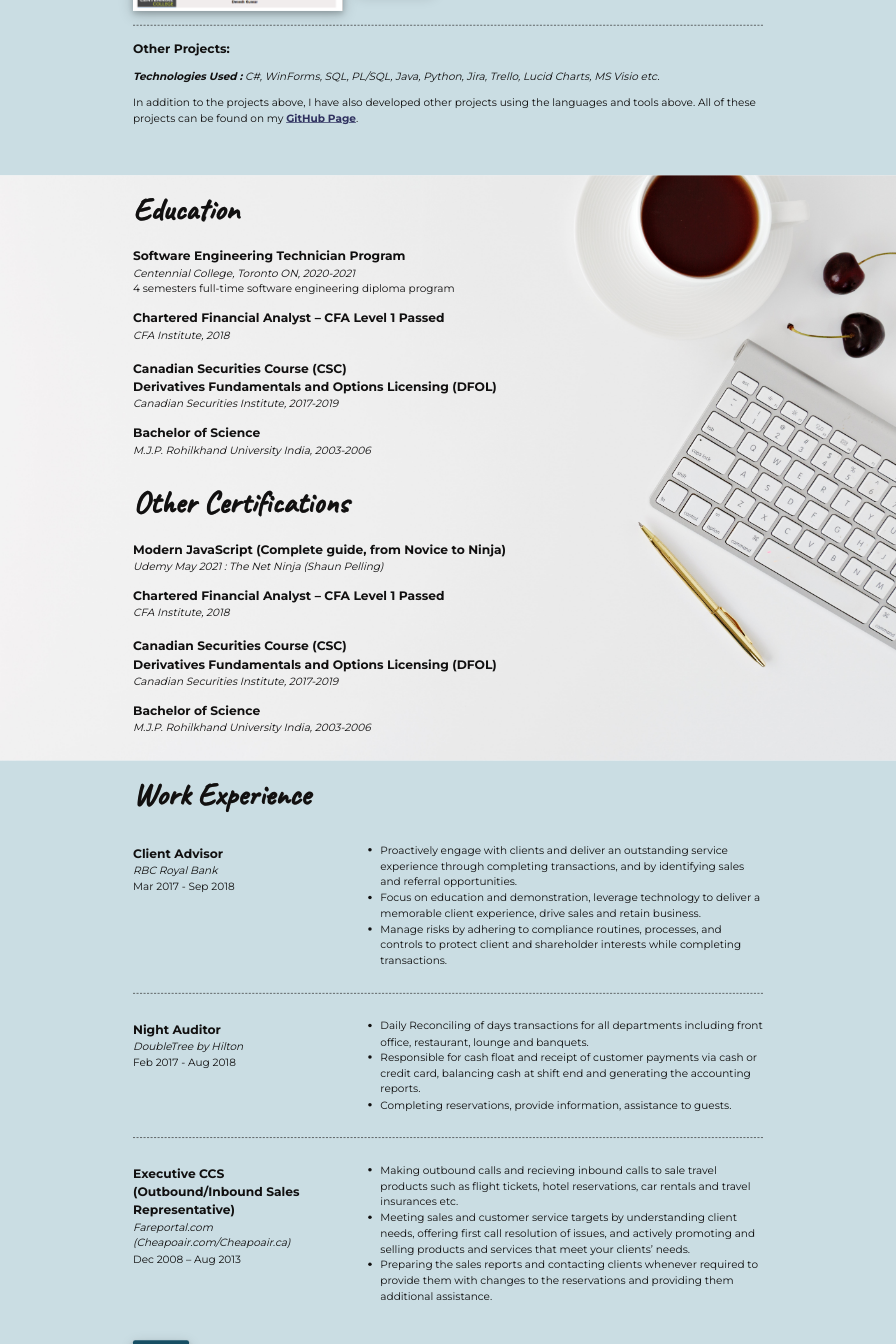
Repository: My-Web-Page/MyWebPage
Page: index.html
These files come from the project's save history. The page is drawn as it stood at one moment and after the next save; the edit follows.
The browser window is 1280 px wide. The pictures show the part of the page from y = 3082 to 5002 px (the page is 5192 px tall before and 5391 px after), at 70% of full size.
Some web libraries are served in a nearby version.

Above is the page before, as saved 2021-09-06 23:46:52.

### index.html
<!DOCTYPE html>
<html lang="en">

<head>
    <meta charset="UTF-8">
    <meta name="viewport" content="width=device-width, initial-scale=1.0">
    <link href="./assets/images/favicon.ico" rel="icon" type="image/x-icon" />

    <title> Devesh Kumar : Full-Stack Developer</title>
    <link rel="preconnect" href="https://fonts.gstatic.com">
    <link href="https://fonts.googleapis.com/css2?family=Caveat&family=Montserrat:wght@400;700&display=swap" rel="stylesheet">
    <link rel="stylesheet" href="https://pro.fontawesome.com/releases/v5.10.0/css/all.css" integrity="sha384-AYmEC3Yw5cVb3ZcuHtOA93w35dYTsvhLPVnYs9eStHfGJvOvKxVfELGroGkvsg+p" crossorigin="anonymous" />

    <link rel="stylesheet" href="style.css">
</head>

<body>
    <main>
        <!-- ***********************  ABOUT / PROFILE  *********************** -->
        <header>
            <div class="container">
                <h1>Devesh Kumar</h1>
                <h2>Software Developer</h2>
            </div>
        </header>

        <nav id="navbar">
            <ul class="nav-ul">
                <li>
                    <a href="#about-me"><i class="fas fa-info-circle"></i>About Me</a>
                </li>
                <li>
                    <a href="#projects"><i class="fab fa-elementor"></i>Projects</a>
                </li>
                <li>
                    <a href="#education"><i class="fas fa-graduation-cap"></i>Education</a>
                </li>
                <li>
                    <a href="#work-experience"><i class="fas fa-briefcase"></i>Work Experience</a>
                </li>
                <li>
                    <a href="#contact"><i class="fas fa-mobile-alt"></i>Contact Me</a>
                </li>
            </ul>
        </nav>

        <!-- *********************About Me***********************  -->
        <section id="about-me">
            <div class="container">
                <h2>About Me</h2>
                <p>Hello & Welcome! I have recently completed Software Engineering Technician program at Centennial College. This program allowed me to learn and work with various programming languages and tools. Given below are the details: </p>
                <div class="grid-container">
                    <div class="grid-item">
                        <h3>Languages & tools I primarily work with:</h3>
                        <h4> HTML, CSS (Flexbox, Grid), Bootstrap, JavaScript, React.js (Hooks & Class based components), Redux, Node.js (Express.js), JSON, REST API, NPM, C#, MongoDB, Oracle SQL, Git, Postman, VS Code, Visual Studio
                            </p>
                    </div>

                    <div class="grid-item">
                        <h3>Languages & tools I am familiar with:</h3>
                        <h4>Linux, TypeScript, Python, Java, SemanticUI, Selenium, MS Azure, Jira, Trello, IntelliJ, UML, Data Structures, SDLC, OOP, Agile, Heroku, Netlify
                            </p>
                    </div>
                </div>
                <p>I have also developed grasp over software engineering concepts such as Agile, SDLC models, Agile Project Management Concepts and Object Oriented Programming. I have also developed multiple projects using React.js, Redux, JavaScript, Node.js,
                    HTML, CSS, C#, SQL, MongoDB, Git and other tools. Additionally, I have also completed some investment management courses and certifications in the past.
                </p>

                <p><strong>Repository for this wabpage: </strong><a id="my-page-repo" target="_blank" href="https://github.com/portretrieve/MyWebPage">My Web Page</a></p>

            </div>
        </section>

        <!-- *********************Pop-Ups***********************  -->
        <section class="popup-wrapper" id="popup">
            <div class="container">
                <img id="popup-img" alt="finalproject popup">
            </div>
        </section>
        <!-- ********************  PROJECTS / PORTFOLIO  ********************* -->
        <section id="projects" class="projects">
            <div class="container divider">
                <h2>My Projects</h2>


                <!-- Project a -->
                <section class="project-item clearfix">
                    <img class="project-image" src="./assets/images/Places.png" alt="Full-Stack Places App">
                    <h3>Full-Stack Places App</h3>
                    <p> <strong>Technologies Used :</strong> MERN Stack (React, Node, Express & MongoDB)
                    </p>
                    <p>Used MERN Stack to develop this webapp. React.js for frontend, Express.Js for backend & MongoDB as Database & JWT tockens for authentication.
                    </p>
                    <a class="btn" href="https://devesh-mern-app.herokuapp.com/" target="_blank">Website Link</a>
                    <a class="btn" href="https://github.com/portretrieve/Full-stack-mern-forntend-backend-combined" target="_blank">GitHub Link</a>
                </section>
                <!-- Project b -->
                <section class="project-item clearfix">
                    <img class="project-image" src="./assets/images/deveshtube.png" alt="DeveshTube App">
                    <h3>DeveshTube App</h3>
                    <p> <strong>Technologies Used :</strong> React.js (Using Hooks)</p>
                    <p>Developed this webapp using React.js (Hooks).</p>
                    <a class="btn" href="https://blissful-pasteur-e62546.netlify.app/" target="_blank">Website Link</a>
                    <a class="btn" href="https://github.com/portretrieve/reactApp-DeveshTube-using-hooks" target="_blank">GitHub Link</a>
                </section>

                <!-- Project c -->
                <section class="project-item clearfix">
                    <img class="project-image" src="./assets/images/pics.png" alt="Pics Search App">
                    <h3>Pics Search App</h3>
                    <p> <strong>Technologies Used :</strong>React.js.</p>
                    <p>Developed this webapp using React.js
                    </p>
                    <a class="btn" href="https://eager-bassi-827826.netlify.app/" target="_blank">Website Link</a>
                    <a class="btn" href="https://github.com/portretrieve/reactApp-pics" target="_blank">GitHub Link</a>
                </section>

                <!-- Project 1 -->
                <section class="project-item clearfix">
                    <img class="project-image" src="./assets/images/assignment_2.png" alt="Portfolio Assignment Using Node.js, Bootstrap, EJS and MongoDB">
                    <h3>Personal Portfolio Website</h3>
                    <p> <strong>Technologies Used :</strong> EJS, CSS, Node.js and MongoDB.</p>
                    <p>Developed this website using above mentioned technologies. I used ExpressJs middleware, and passport.js for authentication.</p>
                    <a class="btn" href="https://comp229-asnmt2.herokuapp.com/home" target="_blank">Website Link</a>
                    <a class="btn" href="https://github.com/portretrieve/Assignment_2" target="_blank">GitHub Link</a>
                </section>

                <!-- Project 2 -->
                <section class="project-item clearfix">
                    <img class="project-image" src="./assets/images/final_project.png" alt="Final Project Using Node.js, Bootstrap, EJS and MongoDB">
                    <h3>Angel's Investment Website</h3>
                    <p> <strong>Technologies Used :</strong> EJS, CSS, Node.js and MongoDB.</p>
                    <p>Created this website as a group project using Node.js(Express.js), and Passport.js to authenticate.
                    </p>
                    <a class="btn" href="https://angelinvestfinal.herokuapp.com/" target="_blank">Website Link</a>
                    <a class="btn" href="https://github.com/Angel-Investor/AngelInvestor-Web-App" target="_blank">GitHub
                        Link</a>
                </section>

                <!-- Project 3 -->
                <section class="project-item clearfix">
                    <img class="project-image" src="./assets/images/slot-machine.png" alt="Casino slot machine game using HTML, CSS, JavaScript, TypeScript and EaselJS">
                    <h3>Slot Machine Game</h3>
                    <p> <strong>Technologies Used :</strong> HTML, CSS, JavaScript, TypeScript and EaselJS.</p>
                    <a class="btn" href="https://portretrieve.github.io/COMP125-Assignment-4-CreateJS-Slot-Machine/" target="_blank">Website Link</a>
                    <a class="btn" href="https://github.com/portretrieve/COMP125-Assignment-4-CreateJS-Slot-Machine" target="_blank">GitHub Link</a>
                </section>

                <!-- Project d -->
                <section class="project-item clearfix">
                    <img class="project-image" src="./assets/images/realEstate.png" alt="Real Estate Website">
                    <h3>Personal Portfolio Website</h3>
                    <p> <strong>Technologies Used :</strong> HTML, CSS</p>
                    <p>Developed this website using only HTML, CSS as one of my school assignments.</p>
                    <a class="btn" href="https://comp229-asnmt2.herokuapp.com/home" target="_blank">Website Link</a>
                    <a class="btn" href="https://github.com/portretrieve/Assignment_2" target="_blank">GitHub Link</a>
                </section>
                <!-- Project 4 -->
                <section class="project-item clearfix">
                    <img class="project-image" src="./assets/images/restaurant_app.png" alt="Restaurant app using C# WPF MVVM">
                    <h3>Restaurant POS system app</h3>
                    <p> <strong>Technologies Used :</strong> C#, WPF and XAML.</p>
                    <p>Created the restaurant P.O.S app using C# and WPF.</p>
                    <a class="btn" href="https://github.com/portretrieve/Restaurant_app" target="_blank">GitHub Link</a>
                </section>
                <section>
                    <h3>Other Projects: </h3>
                    <p> <strong>Technologies Used :</strong> C#, WinForms, SQL, PL/SQL, Java, Python, Jira, Trello, Lucid Charts, MS Visio etc. </p>
                    <p>In addition to the projects above, I have also developed other projects using the languages and tools above. All of these projects can be found on my <span><a
                                href="https://github.com/portretrieve" target="_blank">GitHub Page</a>.</span></p>
                </section>
            </div>
        </section>

        <!-- ******************  EDUCATION & CERTIFICATIONS ****************** -->
        <section id="education" class="education">
            <div class="container item-details">

                <h2>Education</h2>

                <section>
                    <h3>Software Engineering Technician Program</h3>
                    <p>Centennial College, Toronto ON, 2020-2021</p>
                    <p>4 semesters full-time software engineering diploma program </p>
                </section>
                <section>
                    <h3>Chartered Financial Analyst – CFA Level 1 Passed</h3>
                    <p>CFA Institute, 2018</p>
                </section>
                <br>
                <section class="csc">
                    <h3>Canadian Securities Course (CSC)</h3>
                    <h3>Derivatives Fundamentals and Options Licensing (DFOL)</h3>
                    <p>Canadian Securities Institute, 2017-2019 </p>
                </section>
                <section>
                    <h3>Bachelor of Science</h3>
                    <p>M.J.P. Rohilkhand University India, 2003-2006</p>
                </section>
            </div>
            <div class="container item-details">

                <h2>Other Certifications</h2>

                <section>
                    <h3>Modern JavaScript (Complete guide, from Novice to Ninja)</h3>
                    <p>Udemy May 2021 : The Net Ninja (Shaun Pelling)</p>
                </section>
                <section>
                    <h3>Chartered Financial Analyst – CFA Level 1 Passed</h3>
                    <p>CFA Institute, 2018</p>
                </section>
                <br>
                <section class="csc">
                    <h3>Canadian Securities Course (CSC)</h3>
                    <h3>Derivatives Fundamentals and Options Licensing (DFOL)</h3>
                    <p>Canadian Securities Institute, 2017-2019 </p>
                </section>
                <section>
                    <h3>Bachelor of Science</h3>
                    <p>M.J.P. Rohilkhand University India, 2003-2006</p>
                </section>
            </div>
        </section>

        <!-- ***********************  WORK EXPERIENCE  *********************** -->
        <section id="work-experience" class="work-experience">
            <div class="container item-details divider">
                <h2>Work Experience</h2>

                <!-- Job 1 -->
                <section class="job-item">
                    <div class="job-details">
                        <h3>Client Advisor</h3>
                        <p>RBC Royal Bank</p>
                        <p>Mar 2017 - Sep 2018</p>
                    </div>
                    <div class="job-summary">
                        <ul>
                            <li>Proactively engage with clients and deliver an outstanding service experience through completing transactions, and by identifying sales and referral opportunities.</li>
                            <li>Focus on education and demonstration, leverage technology to deliver a memorable client experience, drive sales and retain business.</li>
                            <li>Manage risks by adhering to compliance routines, processes, and controls to protect client and shareholder interests while completing transactions.</li>
                        </ul>

                    </div>
                </section>

                <!-- Job 2 -->
                <section class="job-item">

                    <div class="job-details">
                        <h3>Night Auditor</h3>
                        <p>DoubleTree by Hilton</p>
                        <p>Feb 2017 - Aug 2018</p>

                    </div>
                    <div class="job-summary">
                        <ul>
                            <li>Daily Reconciling of days transactions for all departments including front office, restaurant, lounge and banquets.</li>
                            <li>Responsible for cash float and receipt of customer payments via cash or credit card, balancing cash at shift end and generating the accounting reports.</li>
                            <li>Completing reservations, provide information, assistance to guests.</li>
                        </ul>
                    </div>

                </section>

                <!-- Job 3 -->
                <section class="job-item">
                    <div class="job-details">
                        <h3>Executive CCS (Outbound/Inbound Sales Representative)</h3>
                        <p>Fareportal.com (Cheapoair.com/Cheapoair.ca)</p>
                        <p>Dec 2008 – Aug 2013</p>
                    </div>
                    <div class="job-summary">
                        <ul>
                            <li>Making outbound calls and recieving inbound calls to sale travel products such as flight tickets, hotel reservations, car rentals and travel insurances etc.</li>
                            <li>Meeting sales and customer service targets by understanding client needs, offering first call resolution of issues, and actively promoting and selling products and services that meet your clients’ needs.</li>
                            <li>Preparing the sales reports and contacting clients whenever required to provide them with changes to the reservations and providing them additional assistance.</li>
                        </ul>
                    </div>
                </section>
                <a class="top-btn" href="#top">Page Top</a>

            </div>
        </section>


        <!-- *****************  CONTACT INFO / SOCIAL MEDIA  ***************** -->
        <footer>
            <div id="contact" class="container">
                <h2>Let's Stay in Touch!</h2>
                <!-- Social media and contact links. Add or remove any networks. -->
                <ul class="contact-list">
                    <li><a href="mailto:deveshkumar2107@hotmail.com"><i
                                class="fas fa-envelope"></i>&nbsp;deveshkumar2107@hotmail.com</a></li>
                    <li><a href="https://github.com/portretrieve" target="_blank"><i
                                class="fab fa-github"></i>&nbsp;GitHub</a></li>
                    <li><a href="https://www.linkedin.com/in/devesh-kumar-2aa03b64/" target="_blank"><i
                                class="fab fa-linkedin"></i>&nbsp;LinkedIn</a></li>
                </ul>
            </div>
        </footer>
    </main>
    <script src="./script.js"></script>
</body>

</html>

Loaded but not shown: script.js (18 lines, source omitted); style.css (418 lines, source omitted)

After the next save:
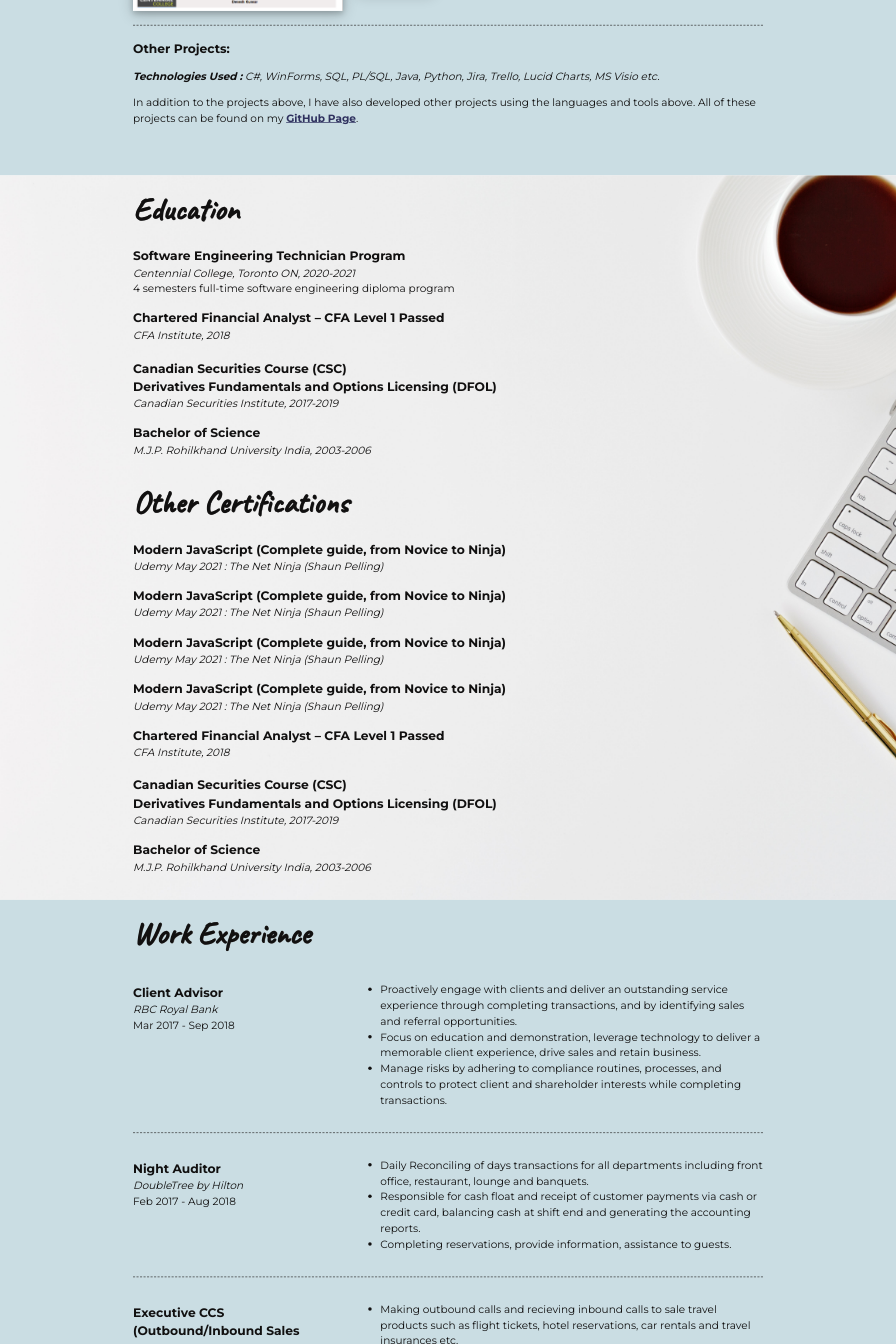
Saved 24 s later.
--- a/index.html
+++ b/index.html
@@ -202,6 +202,18 @@
 
                 <h2>Other Certifications</h2>
 
+                <section>
+                    <h3>Modern JavaScript (Complete guide, from Novice to Ninja)</h3>
+                    <p>Udemy May 2021 : The Net Ninja (Shaun Pelling)</p>
+                </section>
+                <section>
+                    <h3>Modern JavaScript (Complete guide, from Novice to Ninja)</h3>
+                    <p>Udemy May 2021 : The Net Ninja (Shaun Pelling)</p>
+                </section>
+                <section>
+                    <h3>Modern JavaScript (Complete guide, from Novice to Ninja)</h3>
+                    <p>Udemy May 2021 : The Net Ninja (Shaun Pelling)</p>
+                </section>
                 <section>
                     <h3>Modern JavaScript (Complete guide, from Novice to Ninja)</h3>
                     <p>Udemy May 2021 : The Net Ninja (Shaun Pelling)</p>
